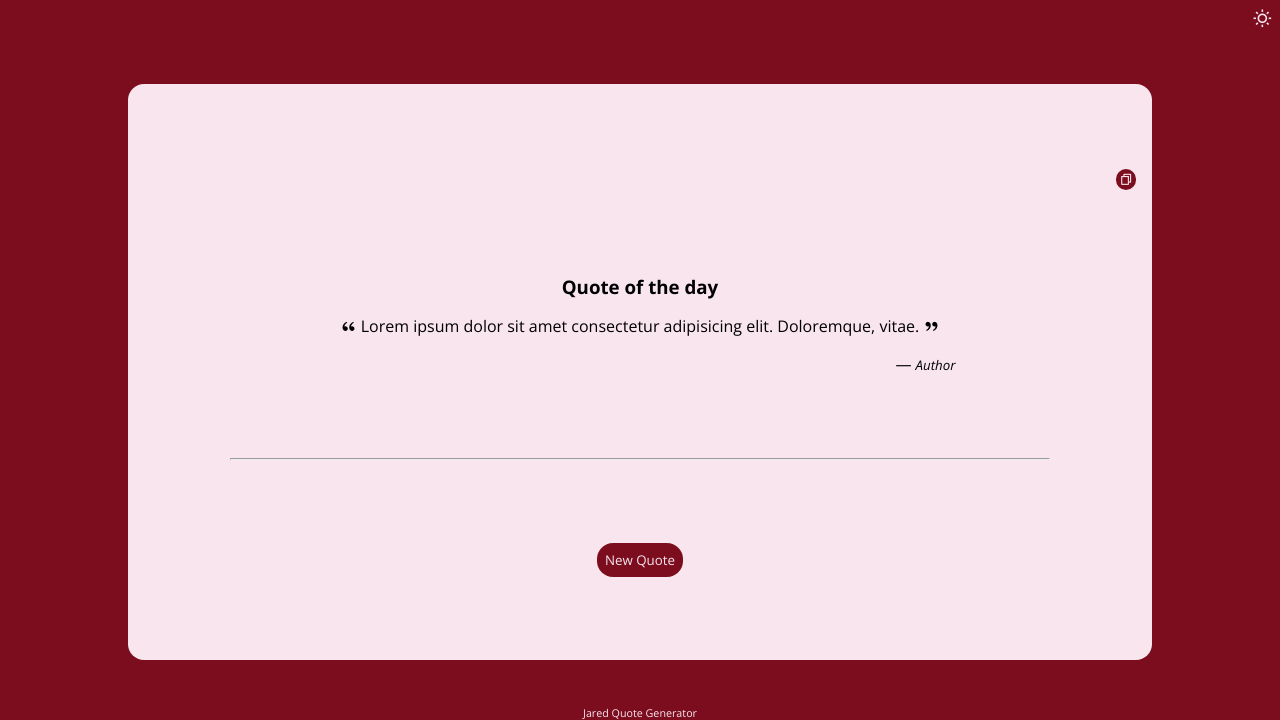
Repository: EguJaredoBoyd/Jared-Quote-Generator
Page: html/main.html
These files come from the project's save history. The page is drawn as it stood at one moment and after the next save; the edit follows.
The browser window is 1280 px wide. The pictures show the whole page.
Some web libraries are served in a nearby version.

Above is the page before, as saved 2026-01-12 00:49:27.

### html/main.html
<!DOCTYPE html>
<html lang="en">
  <head>
    <meta charset="UTF-8" />
    <meta name="viewport" content="width=device-width, initial-scale=1.0" />
    <link rel="stylesheet" href="../css/style.css" />
    <link
      href="https://cdn.jsdelivr.net/npm/remixicon@4.8.0/fonts/remixicon.css"
      rel="stylesheet"
    />
    <link rel="preconnect" href="https://fonts.googleapis.com" />
    <link rel="preconnect" href="https://fonts.gstatic.com" crossorigin />
    <link
      href="https://fonts.googleapis.com/css2?family=Open+Sans:ital,wght@0,300..800;1,300..800&display=swap"
      rel="stylesheet"
    />
    <script src="../js/theme.js" defer></script>
    <script src="../js/main.js" defer></script>
    <script src="../js/copy.js" defer></script>
    <title>Document</title>
  </head>
  <body>
    <div class="container">
      <header>
        <button id="theme-toggle">
          <i class="ri-sun-line" id="theme-icon"></i>
        </button>
      </header>
      <main>
        <div class="quote-container">
          <span class="copy-alert" id="copy-feedback">Copied!</span>
          <div class="quote-container__copy">
            <button id="copy-quote"><i class="ri-file-copy-line"></i></button>
          </div>
          <div class="quote-container__quotes">
            <h3>Quote of the day</h3>
            <p id="quote-content" class="quote-content">
              <span><i class="ri-double-quotes-l"></i></span> Lorem ipsum dolor
              sit amet consectetur adipisicing elit. Doloremque, vitae.
              <span><i class="ri-double-quotes-r"></i></span>
            </p>
            <div class="quote-container__author">
              <h5>
                <span id="m-dash">&mdash; </span
                ><i class="quote-author" id="quote-author-id">Author</i>
              </h5>
            </div>
          </div>
          <hr />
          <div class="quote-container__new--quote">
            <button id="new-quote">New Quote</button>
          </div>
        </div>
      </main>
      <footer>
        <div class="footer__developer">
          <h6>Jared Quote Generator</h6>
        </div>
      </footer>
    </div>
  </body>
</html>

### css/style.css
* {
  margin: 0;
  padding: 0;
  box-sizing: border-box;

  /* outline: 1px solid red; */
}

:root {
  --background-color: #7b0d1e;
  --card-color: #f8e5ee;
  --text-color: black;
  --button-color: #7b0d1e;
}

html {
  font-size: 16px;
}

.lighter-theme {
  --background-color: #f8e5ee;
  --card-color: #7b0d1e;
  --text-color: whitesmoke;
  --button-color: #f8e5ee;
}

body {
  font-family: "Open Sans", sans-serif;
  background-color: var(--background-color);
  color: var(--text-color);
}

.container {
  height: 100vh;
  display: flex;
  flex-direction: column;
  justify-content: space-between;
  align-items: center;
}

header {
  display: flex;
  justify-content: flex-end;
  width: 100%;
}

header button {
  border: none;
  background: none;
  color: var(--card-color);
  font-size: larger;
  padding: 0.5rem;
}

.quote-container {
  display: flex;
  flex-direction: column;
  justify-content: space-evenly;
  align-items: center;
  height: 80vh;
  width: 80vw;
  max-width: 80vw;
  background-color: var(--card-color);
  border-radius: 1rem;
  position: relative;
}

.copy-alert {
  opacity: 0;
  top: 0;
  transform: translateY(0);
  position: absolute;
  font-size: 0.85rem;
  pointer-events: none;
  transition: all 0.3s ease;
}

.show {
  opacity: 1;
  transform: translateY(4rem);
}

.quote-container__copy {
  align-self: self-end;
  padding-right: 1rem;
}

.quote-container__copy button {
  background-color: var(--button-color);
  color: var(--card-color);
  border: none;
  border-radius: 1rem;
  padding: 0.2rem;
}

.quote-container__quotes {
  max-width: 100%;
  max-height: 100%;
}

.quote-container__quotes h3 {
  text-align: center;
}

.quote-container__quotes p {
  max-width: 100%;
  max-height: 40vh;
  overflow-y: auto;
  padding: 1rem 2rem;
  overflow-wrap: break-word;
  text-align: center;
}

.quote-container__quotes span {
  font-size: 1rem;
}

.quote-container__author {
  justify-self: end;
  padding-right: 1rem;
}

.quote-container__author h5 {
  font-weight: 300;
}

#quote-content,
#quote-author-id,
#m-dash {
  transition: opacity 0.3s ease-in-out;
}

.quote-container hr {
  width: 80%;
}

.quote-container__new--quote button {
  background-color: var(--button-color);
  color: var(--card-color);
  padding: 0.5rem;
  border: none;
  border-radius: 1rem;
  font-family: "Open Sans", sans-serif;
}

.footer__developer h6 {
  color: var(--card-color);
  font-weight: 300;
}

### js/theme.js
//Target the theme button and theme icon
const themeToggle = document.getElementById("theme-toggle");
const themeIcon = document.getElementById("theme-icon");

//Invoke saved lighter theme
const savedTheme = JSON.parse(localStorage.getItem("Lighter-Theme"));

//Add a class of moon to the <i> tag
if (savedTheme === true) {
  document.body.classList.add("lighter-theme");
  //Remove default theme
  themeIcon.classList.remove("ri-sun-line");
  themeIcon.classList.add("ri-contrast-2-line");
}

//Add an eventlistener to toggle theme
function themeToggleFunction() {
  themeToggle.addEventListener("click", () => {
    const lighterTheme = document.body.classList.toggle("lighter-theme");

    if (lighterTheme) {
      themeIcon.classList.remove("ri-sun-line");
      themeIcon.classList.add("ri-contrast-2-line");
    } else {
      themeIcon.classList.remove("ri-contrast-2-line");
      themeIcon.classList.add("ri-sun-line");
    }

    //Save lighter-theme to the localStorage
    localStorage.setItem("Lighter-Theme", JSON.stringify(lighterTheme));
  });
}

themeToggleFunction();

### js/main.js
//Target the buttons to populate API quotes with
const quoteText = document.getElementById("quote-content");
const quoteAuthorId = document.getElementById("quote-author-id");
const newQuote = document.getElementById("new-quote");

//Create the HTML icon m-dash variable
const mDash = document.getElementById("m-dash");

// Load the saved quote if it exists
const savedQuote = JSON.parse(localStorage.getItem("lastQuote"));

if (savedQuote) {
  const apiData = savedQuote;
  quoteText.innerHTML = `<span><i class="ri-double-quotes-l"></i></span> ${apiData.quote} <span><i class="ri-double-quotes-r"></i></span>`;
  quoteAuthorId.textContent = apiData.author;
}

//Create an async function to fetch API
async function fetchQuote() {
  //Use a try block to try if action will be perfomed
  try {
    //Enter the loading state while waiting for API fetch
    newQuote.disabled = true;
    newQuote.textContent = "Loading...";

    //Fade out quote text until a new one arrives
    quoteText.style.opacity = 0;
    quoteAuthorId.style.opacity = 0;
    mDash.style.opacity = 0;

    //wait for the api to be fetched
    const apiResponse = await fetch("https://dummyjson.com/quotes/random");
    //wait for the data to be converted from a JSON to a javascript file

    //Handle unexpected response
    if (!apiResponse.ok) {
      throw new Error("Failed to fetch quote");
    }
    const apiData = await apiResponse.json();

    //Populate my HTML quote section with API response
    quoteText.innerHTML = `<span><i class="ri-double-quotes-l"></i></span> ${apiData.quote} <span><i class="ri-double-quotes-r"></i></span>`;
    quoteAuthorId.textContent = apiData.author;

    //Now make the UI to be visible and transition smoothly
    quoteText.style.opacity = 1;
    quoteAuthorId.style.opacity = 1;
    mDash.style.opacity = 1;

    //Save fetched API to localStorage
    localStorage.setItem("lastQuote", JSON.stringify(apiData));
  } catch (error) {
    console.error(`Error fetching quote: ${error}`);
    quoteText.textContent = "Sorry!, failed to quote.";
    quoteAuthorId.textContent = "";
    mDash.textContent = "";
  } finally {
    newQuote.disabled = false;
    newQuote.textContent = "New Quote";
  }
}

//Click on button to rerun the function and generate quote
function generateQuote() {
  newQuote.addEventListener("click", () => {
    fetchQuote();
  });
}

generateQuote();

### js/copy.js
//Target the copy and the quote buttons
const copyQuote = document.getElementById("copy-quote");
const quoteContent = document.getElementById("quote-content");
const copyFeedback = document.getElementById("copy-feedback");

function copyQuoteToClipboard() {
  copyQuote.addEventListener("click", () => {
    const quoteToCopy = quoteContent.textContent;
    navigator.clipboard.writeText(quoteToCopy);

    copyFeedback.classList.add("show");

    setTimeout(() => {
      copyFeedback.classList.remove("show");
    }, 1500);
  });
}

copyQuoteToClipboard();

After the next save:
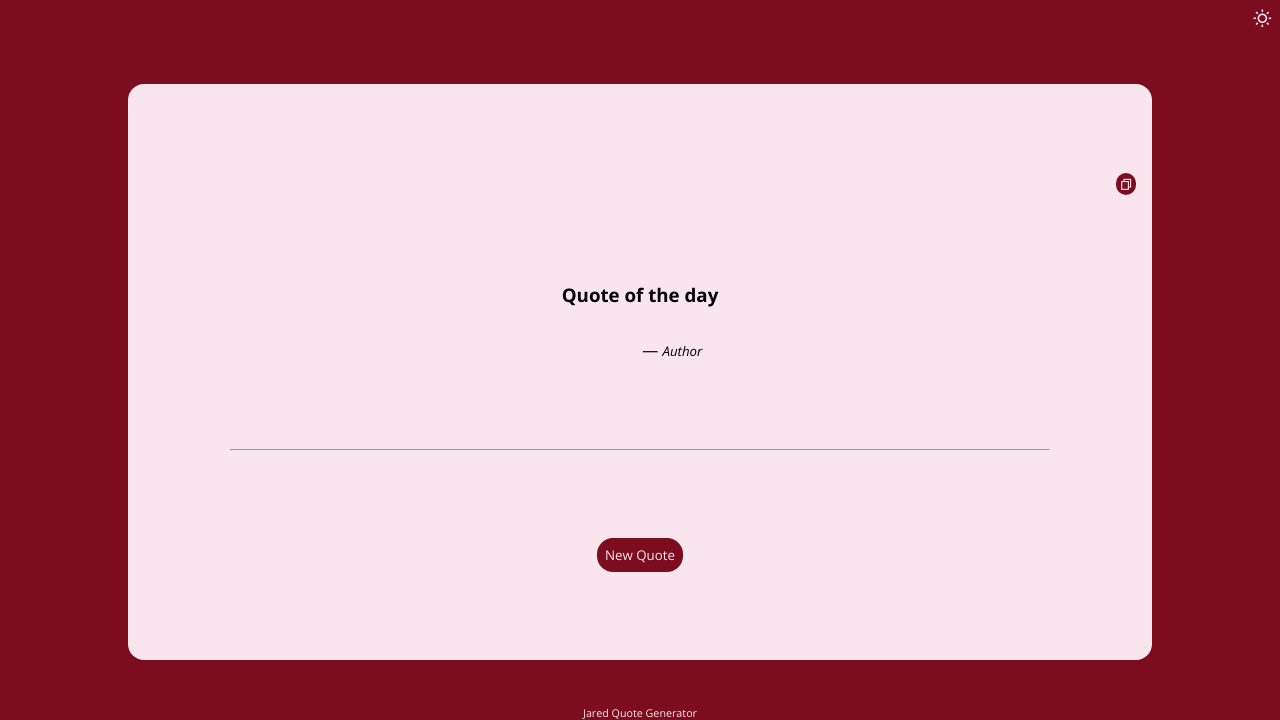
Saved 83 s later.
--- a/html/main.html
+++ b/html/main.html
@@ -34,11 +34,7 @@
           </div>
           <div class="quote-container__quotes">
             <h3>Quote of the day</h3>
-            <p id="quote-content" class="quote-content">
-              <span><i class="ri-double-quotes-l"></i></span> Lorem ipsum dolor
-              sit amet consectetur adipisicing elit. Doloremque, vitae.
-              <span><i class="ri-double-quotes-r"></i></span>
-            </p>
+            <p id="quote-content" class="quote-content"></p>
             <div class="quote-container__author">
               <h5>
                 <span id="m-dash">&mdash; </span
